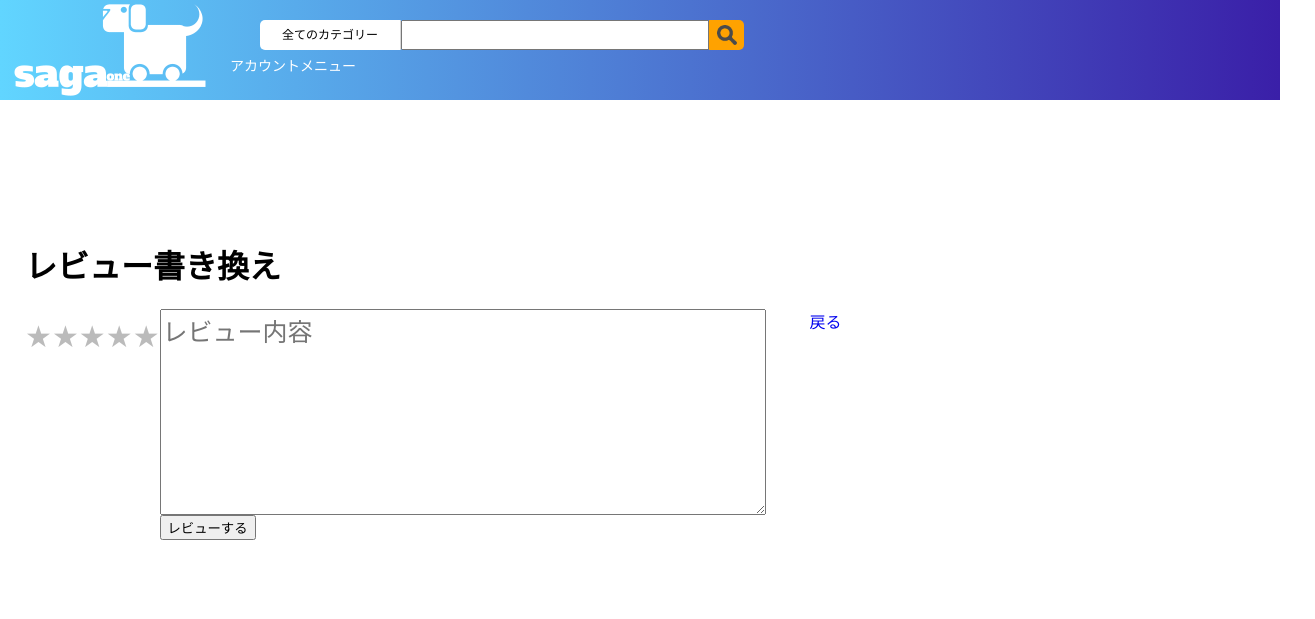
Repository: a4b3c2d1/backup
Page: http://localhost/sagaone-master/reviewChange.jsp
The author's editor kept a copy of each file at every save. The page is drawn from the files as they stood at one save, then again after the next save.
The browser window is 1280 px wide. The page is 1315 px wide, so the pictures cover 1315 px, including what lies to the right of the window. The pictures show the whole page.
The page is served by Tomcat 9.

Above is the page before, as saved 2018-01-21 09:54:14.

After the next save:
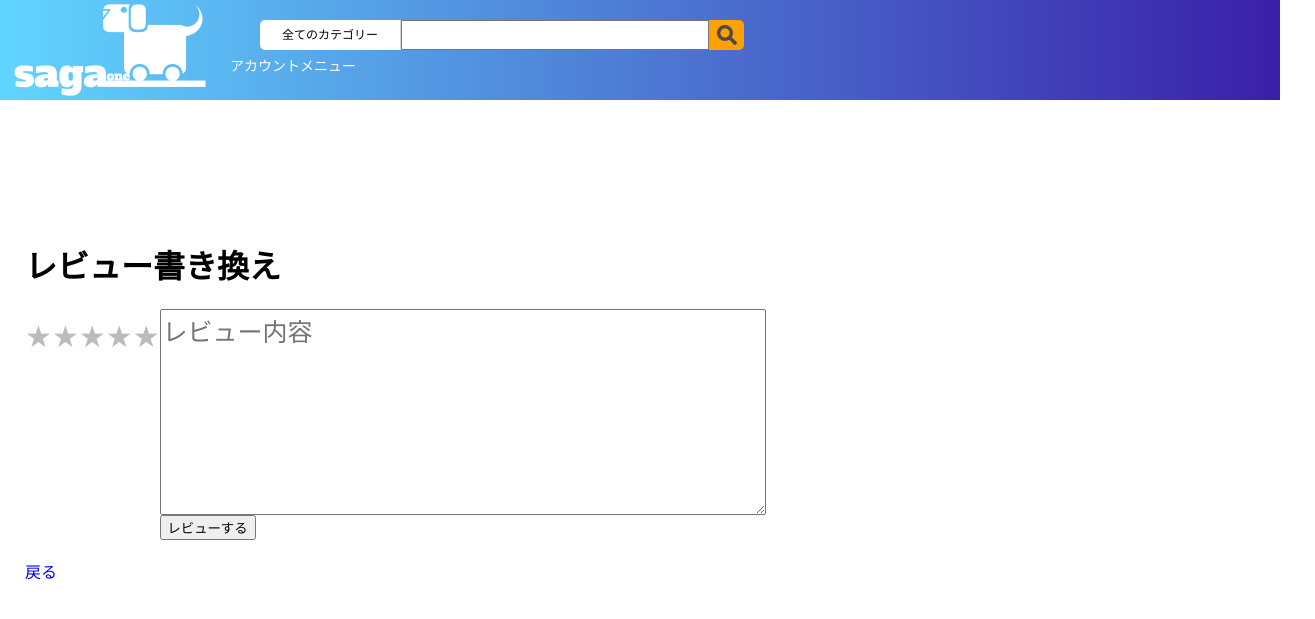
Saved 24 s later.
--- a/sagaone-master/WebContent/reviewChange.jsp
+++ b/sagaone-master/WebContent/reviewChange.jsp
@@ -44,6 +44,11 @@ a:visited {
 	width: 600px;
 	height: 200px;
 	font-size: 25px;
+}
+
+.main2 {
+	width: 100%;
+	clear: both;
 }
 
 .hyouka {
